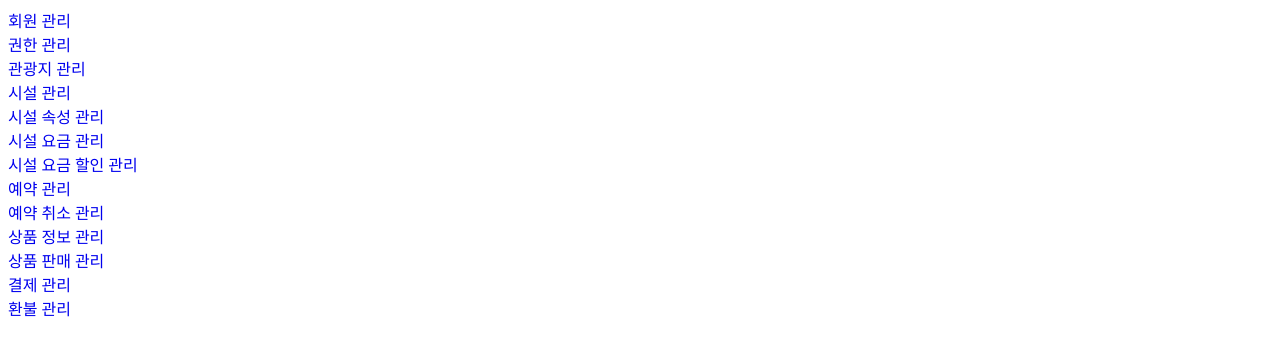
Repository: psyoongsc/SogongDo_Facility
Page: http://localhost/SogongDo_Management_System/
These files come from the project's save history. The page is drawn as it stood at one moment and after the next save; the edit follows.
The browser window is 1280 px wide. The pictures show the whole page.
The page is served by Tomcat 9. Nobody is signed in. The application's start-up code is not run.

Above is the page before, as saved 2020-06-25 14:26:34.

After the next save:
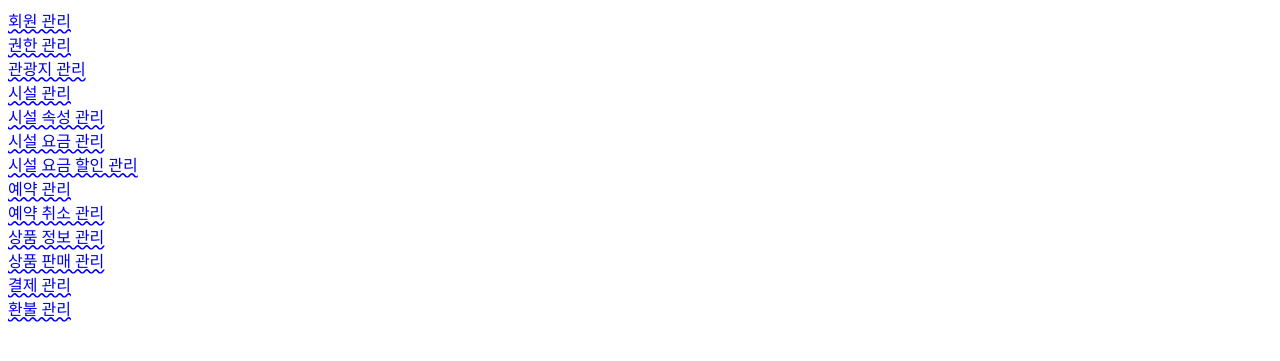
Saved 19 s later.
--- a/SogongDo_Management_System/WebContent/index.jsp
+++ b/SogongDo_Management_System/WebContent/index.jsp
@@ -7,7 +7,7 @@
 <title>소공도 관리시스템</title>
 <style>
 a {
-	text-decoration: none;
+	text-decoration: underline wavy;
 }
 </style>
 </head>

After the save that followed:
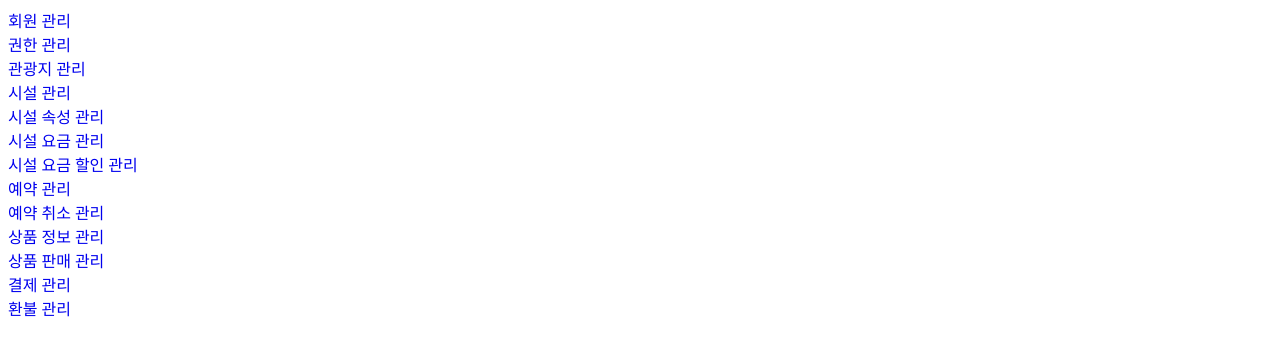
Saved 10 s later.
--- a/SogongDo_Management_System/WebContent/index.jsp
+++ b/SogongDo_Management_System/WebContent/index.jsp
@@ -7,7 +7,7 @@
 <title>소공도 관리시스템</title>
 <style>
 a {
-	text-decoration: underline wavy;
+	text-decoration: none;
 }
 </style>
 </head>
